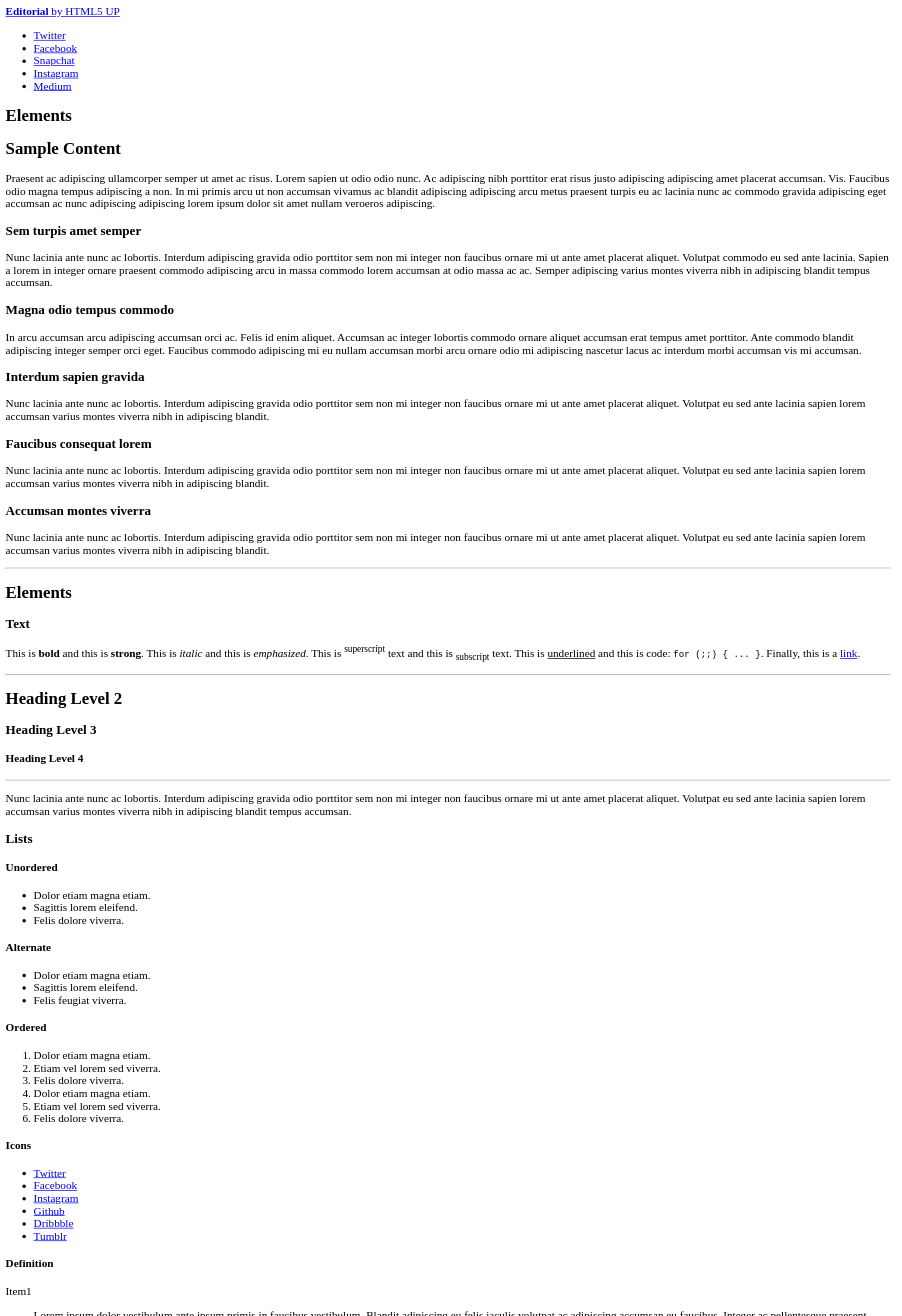
Repository: noCountJun/blog
Page: http://localhost/blogProject2/WEB-INF/views/board/boardList.jsp
An editor plug-in stored every save of this project. The page is shown before and after the next save, followed by the edit.
The browser window is 1280 px wide. The page is 1288 px wide, so the pictures cover 1288 px, including what lies to the right of the window. The pictures show the part of the page from y = 0 to 1880 px (the page is 9247 px tall before and 7729 px after), at 70% of full size.
The page is served by Tomcat 9. Nobody is signed in. The template is opened directly, without the code that normally fills it, so the values that code supplies are empty.

Above is the page before, as saved 2019-08-21 05:06:20.

After the next save:
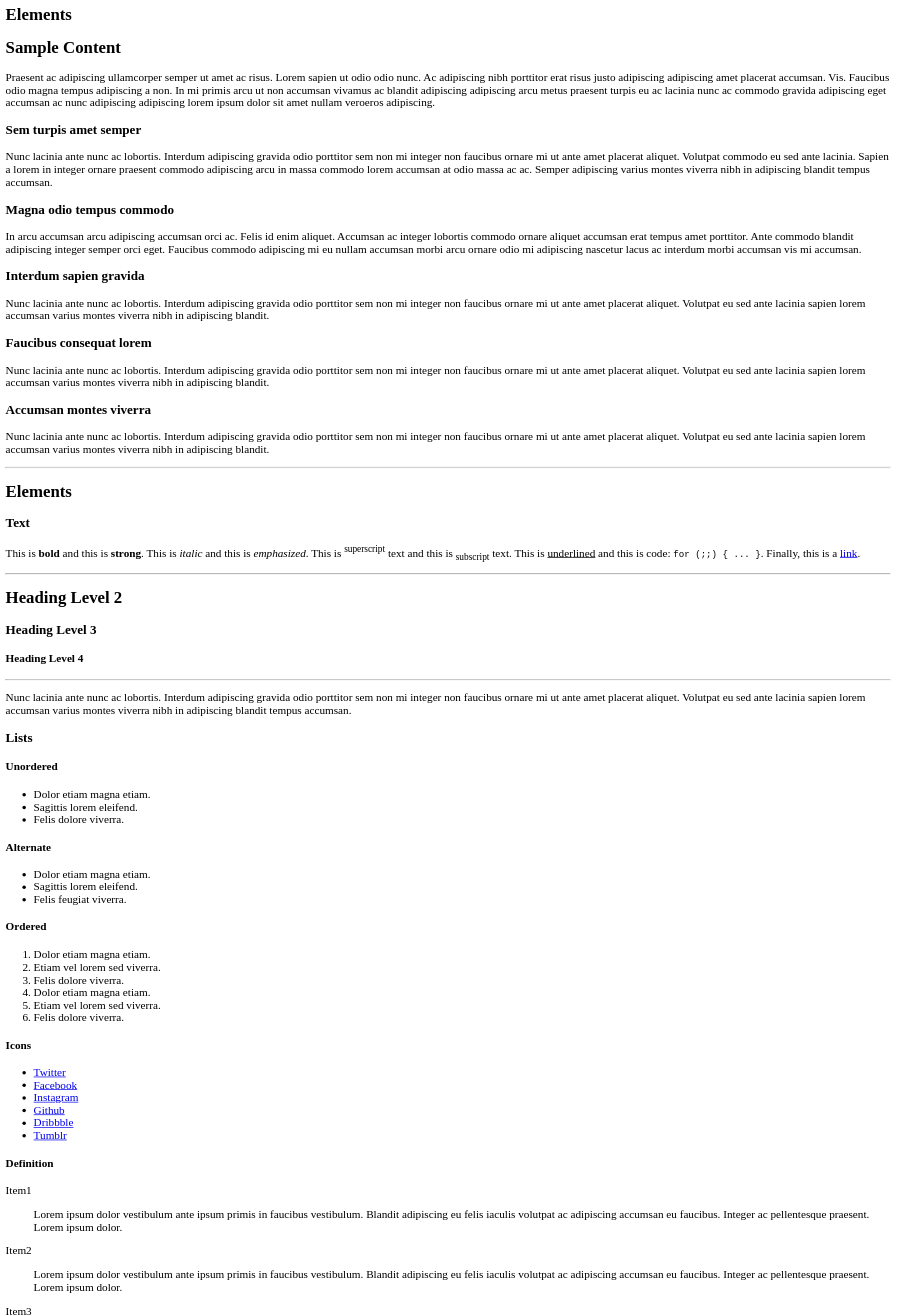
Saved 51 s later.
--- a/blogProject2/src/main/webapp/WEB-INF/views/board/boardList.jsp
+++ b/blogProject2/src/main/webapp/WEB-INF/views/board/boardList.jsp
@@ -1,25 +1,6 @@
 <%@ page contentType="text/html; charset=utf-8" pageEncoding="utf-8"%>
 <%@ taglib uri="http://java.sun.com/jsp/jstl/core" prefix="c" %>
 <%@ page session="false" %>
-
-	<!-- Wrapper -->
-			<div id="wrapper">
-
-				<!-- Main -->
-					<div id="main">
-						<div class="inner">
-
-							<!-- Header -->
-								<header id="header">
-									<a href="index.html" class="logo"><strong>Editorial</strong> by HTML5 UP</a>
-									<ul class="icons">
-										<li><a href="#" class="icon brands fa-twitter"><span class="label">Twitter</span></a></li>
-										<li><a href="#" class="icon brands fa-facebook-f"><span class="label">Facebook</span></a></li>
-										<li><a href="#" class="icon brands fa-snapchat-ghost"><span class="label">Snapchat</span></a></li>
-										<li><a href="#" class="icon brands fa-instagram"><span class="label">Instagram</span></a></li>
-										<li><a href="#" class="icon brands fa-medium-m"><span class="label">Medium</span></a></li>
-									</ul>
-								</header>
 
 							<!-- Content -->
 								<section>
@@ -423,10 +404,3 @@ print 'It took ' + i + ' iterations to sort the deck.';
 										</div>
 
 								</section>
-
-						</div>
-					</div>
-
-	<!-- Sidebar -->
-	<jsp:include page="/WEB-INF/views/category/category.jsp" />
-</div>
